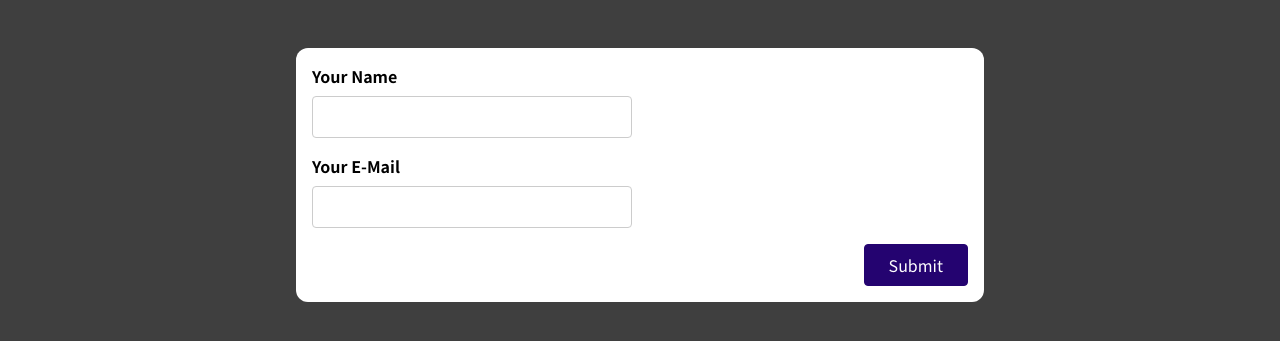
Repository: wenxi0504/08_Form-UserInput-React-
Page: /
An editor plug-in stored every save of this project. The page is shown before and after the next save, followed by the edit.
The browser window is 1280 px wide. The pictures show the whole page.
The project was rebuilt for these pictures with package versions that can differ from the ones it lists, and the page was loaded fresh each time.

Above is the page before, as saved 2022-07-14 00:58:02.

### src/index.css
@import url('https://fonts.googleapis.com/css2?family=Noto+Sans+JP:wght@400;700&display=swap');

* {
  box-sizing: border-box;
}

html {
  font-family: 'Noto Sans JP', sans-serif;
}

body {
  margin: 0;
  background-color: #3f3f3f;
}

.app {
  width: 90%;
  max-width: 43rem;
  padding: 1rem;
  border-radius: 12px;
  background-color: white;
  margin: 3rem auto;
}

.form-control {
  margin-bottom: 1rem;
}

.form-control input,
.form-control label {
  display: block;
}

.form-control label {
  font-weight: bold;
  margin-bottom: 0.5rem;
}

.form-control input,
.form-control select {
  font: inherit;
  padding: 0.5rem;
  border-radius: 4px;
  border: 1px solid #ccc;
  width: 20rem;
  max-width: 100%;
}

.form-control input:focus {
  outline: none;
  border-color: #240370;
  background-color: #e0d4fd;
}

.control-group {
  display: flex;
  column-gap: 1rem;
  flex-wrap: wrap;
}

.control-group .form-control {
  min-width: 15rem;
  flex: 1;
}

button {
  font: inherit;
  background-color: #240370;
  color: white;
  border: 1px solid #240370;
  padding: 0.5rem 1.5rem;
  border-radius: 4px;
  cursor: pointer;
}

button:hover,
button:active {
  background-color: #33059e;
  border-color: #33059e;
}

button:disabled,
button:disabled:hover,
button:disabled:active{
  background-color:#ccc;
  color:#292929;
  border-color:#ccc;
  cursor:not-allowed
}



.form-actions {
  text-align: right;
}

.form-actions button {
  margin-left: 1rem;
}

.invalid input {
  border: 1px solid #b40e0e;
  background-color: #fddddd;
}

.invalid input:focus {
  border-color: #ff8800;
  background-color: #fbe8d2;
}

.error-text {
  color: #b40e0e;
}

### src/components/SimpleInput.js
import { useEffect, useRef, useState } from "react";

const SimpleInput = (props) => {
  //method 2 use ref
  const nameInputRef = useRef();

  // method 1 use State,only needs the value once
  const [enteredName, setEnteredName] = useState("");
  // const [enteredNameIsValid, setEnteredNameIsValid] = useState(false);
  const [enteredNameTouched, setEnteredNameTouched] = useState(false);
  // const [formIsValid, setFormIsValid] = useState(false);

  const [enteredEmail, setEnteredEmail] = useState("");
  const [enteredEmailTouched, setEnteredEmailTouched] = useState(false);

  const enteredNameIsValid = enteredName.trim() !== " ";
  const nameInputIsInvalid = !enteredNameIsValid && enteredNameTouched;

  const enteredEmailIsValid = enteredEmail.includes("@");
  const enteredEmailIsInValid = !enteredEmailIsValid && enteredEmailTouched;

  //method2: check form valid
  let formIsValid = false;
  if (enteredNameIsValid) {
    formIsValid = true;
  }

  // method1: check form valid
  // useEffect(() => {
  //   if (enteredNameIsValid) {
  //     setFormIsValid(true);
  //   } else {
  //     setFormIsValid(false);
  //   }
  // }, [enteredNameIsValid]);

  // useEffect(() => {
  //   if (enteredNameIsValid) {
  //     console.log("Name Input is valid!");
  //   }
  // }, [enteredNameIsValid]);

  const nameInputChangeHandler = (event) => {
    setEnteredName(event.target.value);

    //simplify code
    // if (event.target.value.trim() !== "") {
    //   setEnteredNameIsValid(true);
    // }
  };

  const emailInputChangeHandler = (event) => {
    setEnteredEmail(event.target.value);
  };

  const nameInputBlurHandler = (event) => {
    setEnteredNameTouched(true);

    //simplify code
    // if (enteredName.trim() === "") {
    //   setEnteredNameIsValid(false);
    // }
  };

  const emailInputBlurHandler = (event) => {
    setEnteredEmailTouched(true);

    //simplify code
    // if (enteredName.trim() === "") {
    //   setEnteredNameIsValid(false);
    // }
  };

  const formSubmissionHandler = (event) => {
    event.preventDefault();
    setEnteredNameTouched(true);

    // if (enteredName.trim() === "") {
    //   setEnteredNameIsValid(false);
    //   return;
    // }

    //Replace above to blow
    if (!enteredNameIsValid) {
      return;
    }

    // setEnteredNameIsValid(true);
    // console.log(enteredName);

    //method 2 continue
    // const enterValue = nameInputRef.current.value;
    // console.log(enterValue);

    //nameInputRef.current.value='';=> NOT IDEAL,dont manipulate the dom
    setEnteredName("");
    setEnteredNameTouched(false);

    setEnteredEmail("");
    setEnteredEmailTouched(false);
  };

  const nameInputClasses = nameInputIsInvalid
    ? "form-control invalid"
    : "form-control ";

  const emailInputClasses = enteredEmailIsInValid
    ? "form-control invalid"
    : "form-control ";

  return (
    <form onSubmit={formSubmissionHandler}>
      <div className={nameInputClasses}>
        <label htmlFor="name">Your Name</label>
        <input
          ref={nameInputRef}
          type="text"
          id="name"
          onChange={nameInputChangeHandler}
          onBlur={nameInputBlurHandler}
          // two way bind
          value={enteredName}
        />
        {nameInputIsInvalid && (
          <p className="error-text">Name must not be empty.</p>
        )}
      </div>
      <div className={nameInputClasses}>
        <label htmlFor="email">Your E-Mail</label>
        <input
          ref={nameInputRef}
          type="email"
          id="email"
          onChange={emailInputChangeHandler}
          onBlur={emailInputBlurHandler}
          // two way bind
          value={enteredEmail}
        />
        {enteredEmailIsInValid && (
          <p className="error-text">Please enter a valid email.</p>
        )}
      </div>
      <div className="form-actions">
        <button disabled={!formIsValid}>Submit</button>
      </div>
    </form>
  );
};

export default SimpleInput;

Loaded but not shown: public/index.html (common file); src/index.js (common file); src/App.js (common file)

After the next save:
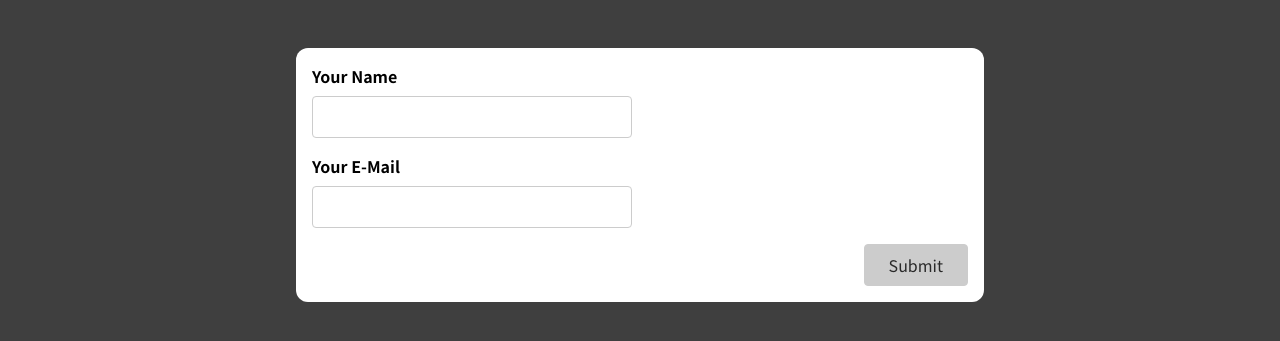
Saved 2 min 35 s later.
--- a/src/components/SimpleInput.js
+++ b/src/components/SimpleInput.js
@@ -21,7 +21,7 @@ const SimpleInput = (props) => {
 
   //method2: check form valid
   let formIsValid = false;
-  if (enteredNameIsValid) {
+  if (enteredNameIsValid && enteredEmailIsValid) {
     formIsValid = true;
   }
 
